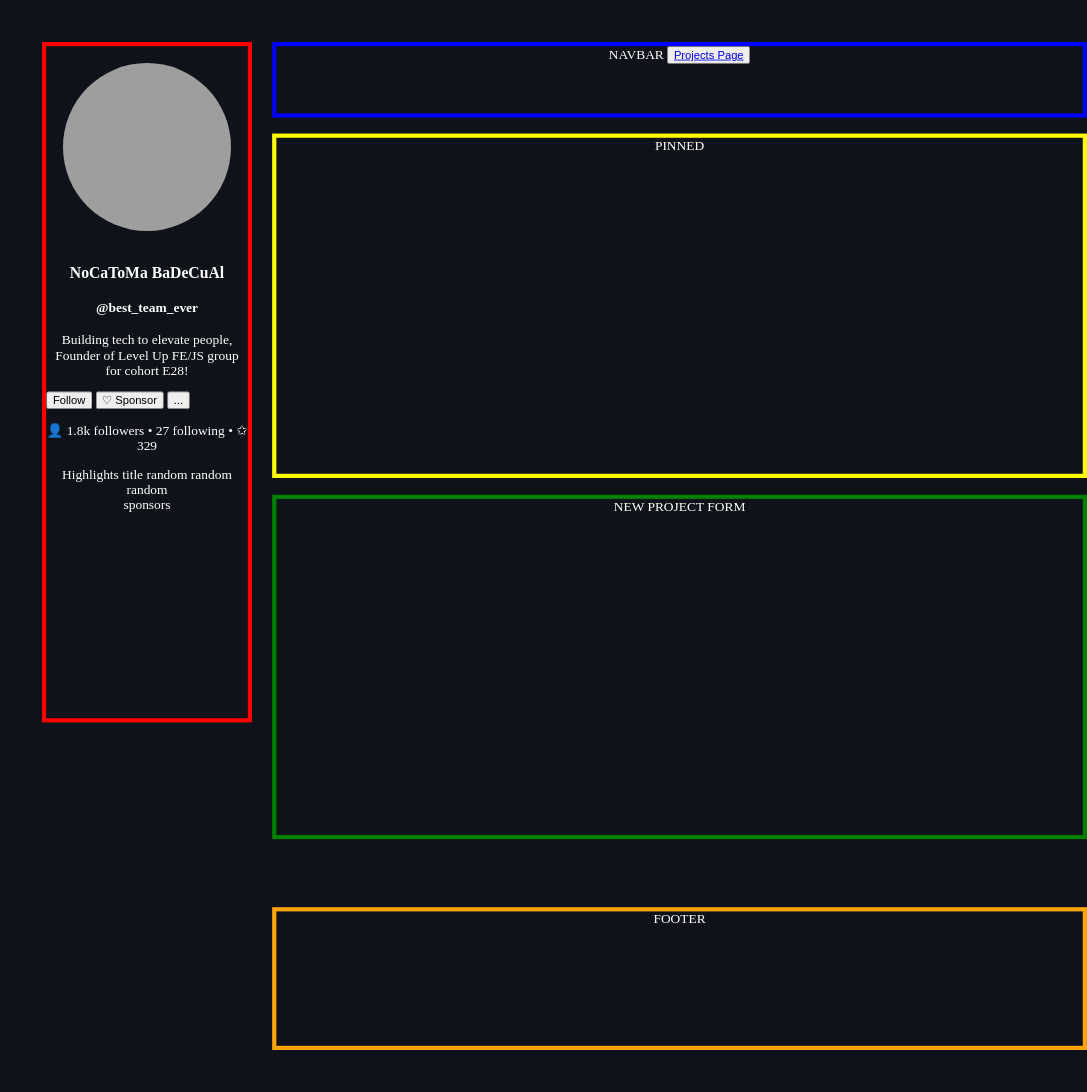
Repository: nss-evening-cohort-28/nss-evening-cohort-28-classroom-gitsub-Q1-project-gitsub
Page: index.html
An editor plug-in stored every save of this project. The page is shown before and after the next save, followed by the edit.
The browser window is 1280 px wide. The page is 1294 px wide, so the pictures cover 1294 px, including what lies to the right of the window. The pictures show the whole page, at 84% of full size.
Pictures or frames that could not be fetched are drawn as grey boxes.

Above is the page before, as saved 2024-08-07 20:10:46.

After the next save:
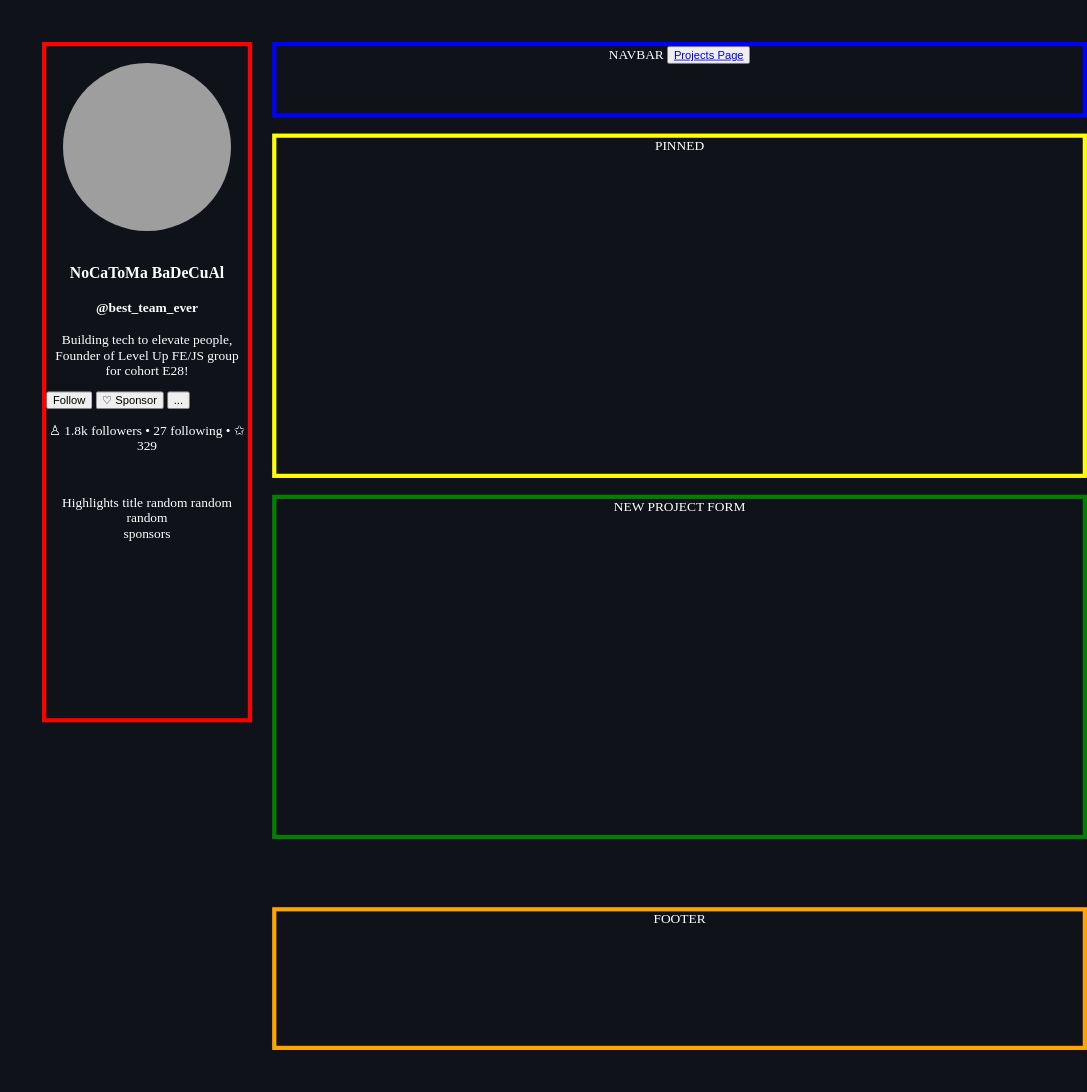
Saved 85 s later.
--- a/index.html
+++ b/index.html
@@ -24,7 +24,9 @@
               </div>
             </div>
             <div class="profile-section-body">
-              <p>👤 1.8k followers • 27 following • ✩ 329</p>
+              <p>♙ 1.8k followers • 27 following • ✩ 329</p>
+              <br>
+              <p></p>
             </div>
           </div>
           <div class="middle-section">
